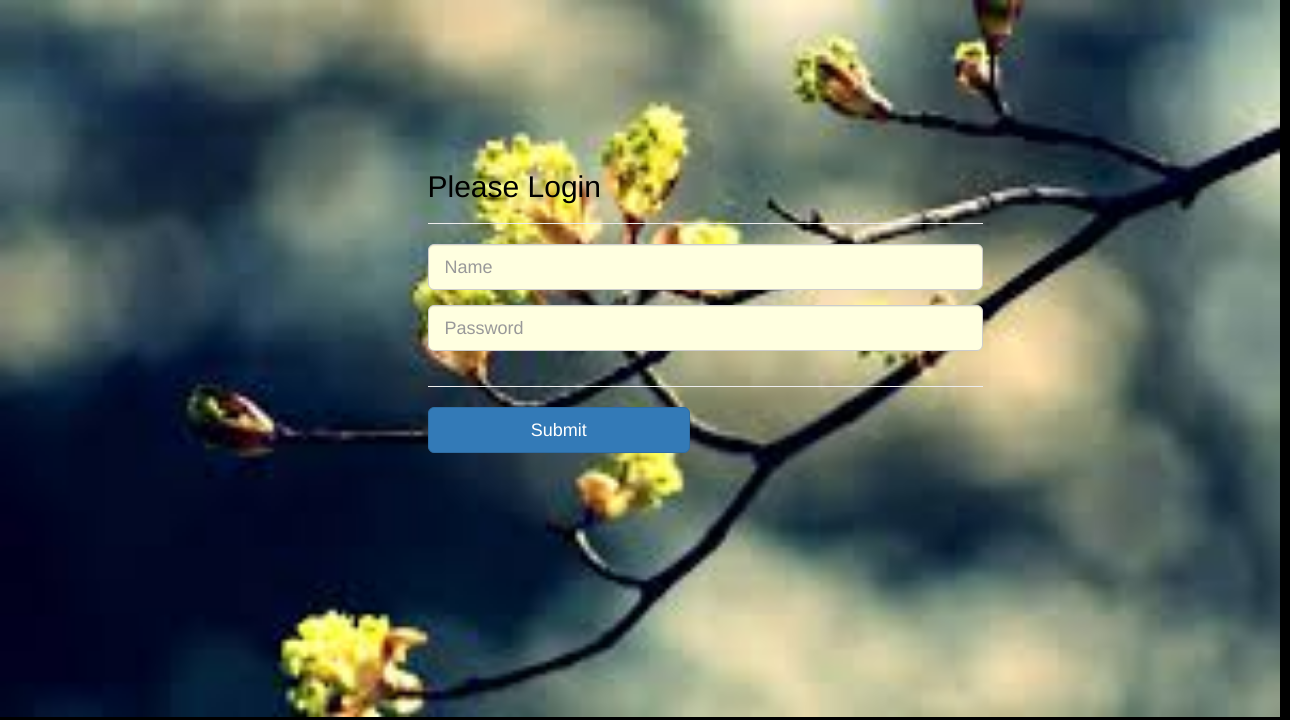
Repository: 123poornima/UpdatedSecondProject
Page: frontendPro/WebContent/_user/login.html
The author's editor kept a copy of each file at every save. The page is drawn from the files as they stood at one save, then again after the next save.
The browser window is 1280 px wide. The page is 1290 px wide, then 1280 px, so the pictures cover 1290 px, including what lies to the right of the window. The pictures show the whole page.

Above is the page before, as saved 2017-01-10 05:48:11.

### frontendPro/WebContent/_user/login.html
<!DOCTYPE html>
<html>
<head>
<meta charset="ISO-8859-1">
<link rel="stylesheet" href="http://maxcdn.bootstrapcdn.com/bootstrap/3.3.7/css/bootstrap.min.css">

<!-- jQuery library -->
<script src="https://ajax.googleapis.com/ajax/libs/jquery/1.12.4/jquery.min.js"></script>

<!-- Latest compiled JavaScript -->
<script src="http://maxcdn.bootstrapcdn.com/bootstrap/3.3.7/js/bootstrap.min.js"></script>
<title>Insert title here</title>
<style>
body{
background-image: url(resources/images/secpro4.jpg);
background-size:     cover;
    background-repeat:   no-repeat;
    background-color:black;
 }
</style>
</head>
<body>
<div class="container" style="align:center; margin: 150px 0px 0px 120px">
   <div class="row">
    <div class="col-xs-12 col-sm-8 col-md-6 col-sm-offset-4 col-md-offset-3">


          <h2 style="color:#000000">Please Login</h2>
	     <hr class="colorgraph">
        <div class="row">
				<div class="col-sm-12 ">
					<div class="form-group">
						<input style="background-color:#FFFFE0" type="text" ng-model="user.username" placeholder="Name" name="username" class="form-control input-lg"  />
					</div>
		       </div>
		 </div>

		 <div class="row">
				<div class="col-xs-12">
					<div class="form-group">
						<input style="background-color:#FFFFE0" type="password"  name="password" ng-model="user.password" placeholder="Password" class="form-control input-lg"  tabindex="2" />
					</div>
			 </div>
		</div>
			<hr class="colorgraph">
 			<div class="row">
				<div class="col-xs-12 col-md-6"><input type="submit" ng-click="submit()" class="btn btn-primary btn-block btn-lg" tabindex="7"></div>

			</div>

			</div>
	  </div>
	</div>
</body>
</html>

After the next save:
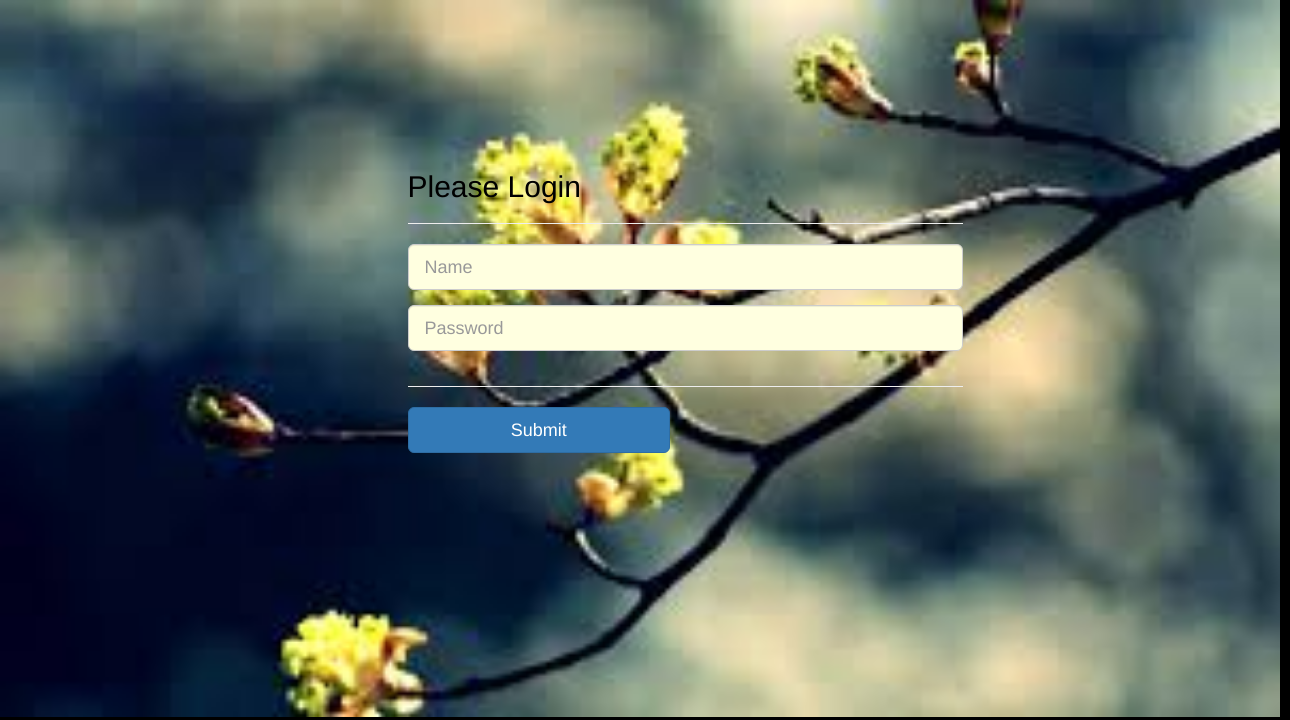
Saved 24 s later.
--- a/frontendPro/WebContent/_user/login.html
+++ b/frontendPro/WebContent/_user/login.html
@@ -20,7 +20,7 @@ background-size:     cover;
 </style>
 </head>
 <body>
-<div class="container" style="align:center; margin: 150px 0px 0px 120px">
+<div class="container" style="align:center; margin: 150px 0px 0px 100px">
    <div class="row">
     <div class="col-xs-12 col-sm-8 col-md-6 col-sm-offset-4 col-md-offset-3">
 
